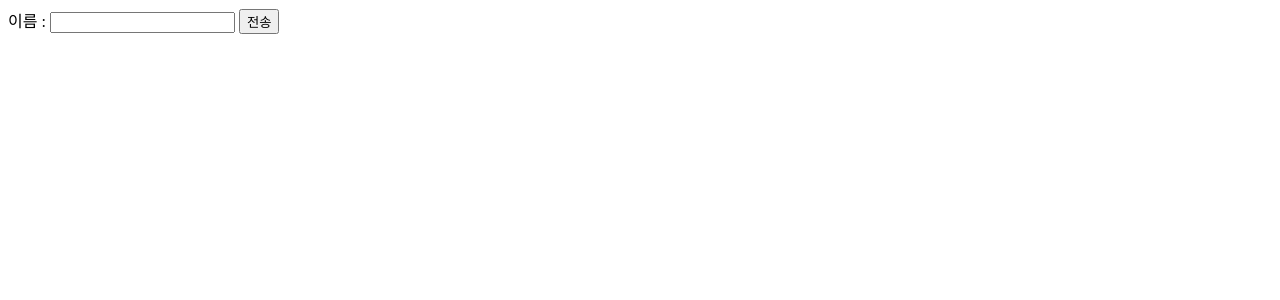
Repository: totesbk/JSP-
Page: http://localhost/web07/ex22_form.jsp
These files come from the project's save history. The page is drawn as it stood at one moment and after the next save; the edit follows.
The browser window is 1280 px wide. The pictures show the whole page.
The page is served by Tomcat 9.

Above is the page before, as saved 2020-10-12 04:07:50.

After the next save:
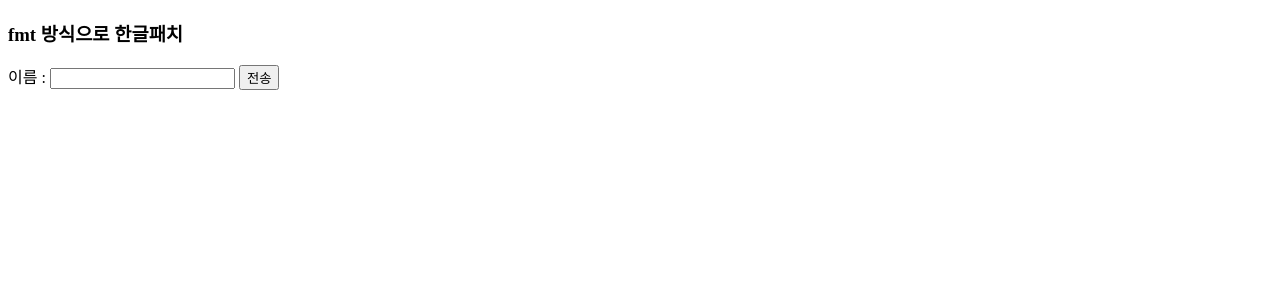
Saved 36 s later.
--- a/web07/WebContent/ex22_form.jsp
+++ b/web07/WebContent/ex22_form.jsp
@@ -7,6 +7,7 @@
 <title>Insert title here</title>
 </head>
 <body>
+<h3>fmt 방식으로 한글패치</h3>
 <form action="ex22_encoding.jsp" method="POST">
 	이름 : <input type="text" name="name">
 	<input type="submit" value="전송">
